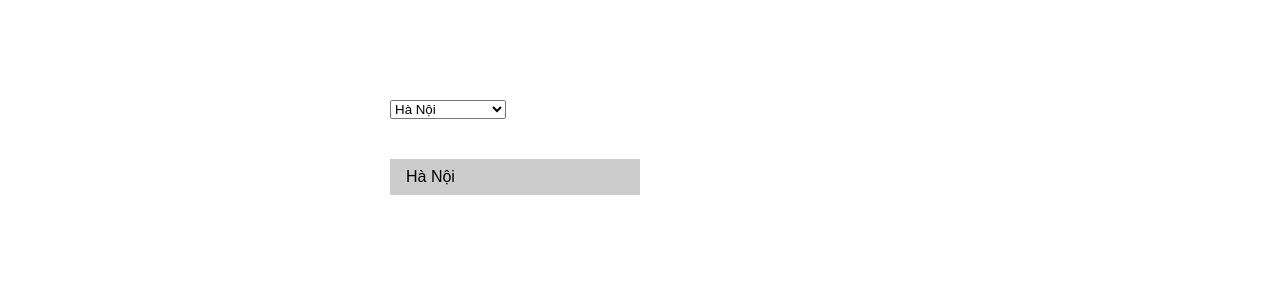
Repository: khanhbinh87/learnJs
Page: customSelect/index.html
An editor plug-in stored every save of this project. The page is shown before and after the next save, followed by the edit.
The browser window is 1280 px wide. The pictures show the whole page.

Above is the page before, as saved 2021-06-16 14:26:00.

After the next save:
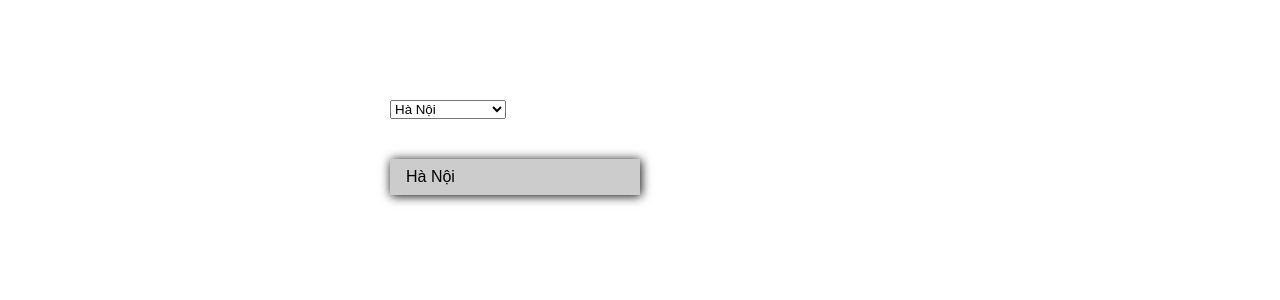
Saved 7 s later.
--- a/customSelect/style.css
+++ b/customSelect/style.css
@@ -25,7 +25,7 @@ body{
     border:1px solid #ccc;
     padding: 8px 15px;
     background-color: #ccc;
-    box-shadow:0 0 0 0
+    box-shadow:1px 1px 10px 0
 }
 .wrapper-selected > .list-options{
     list-style: none;
